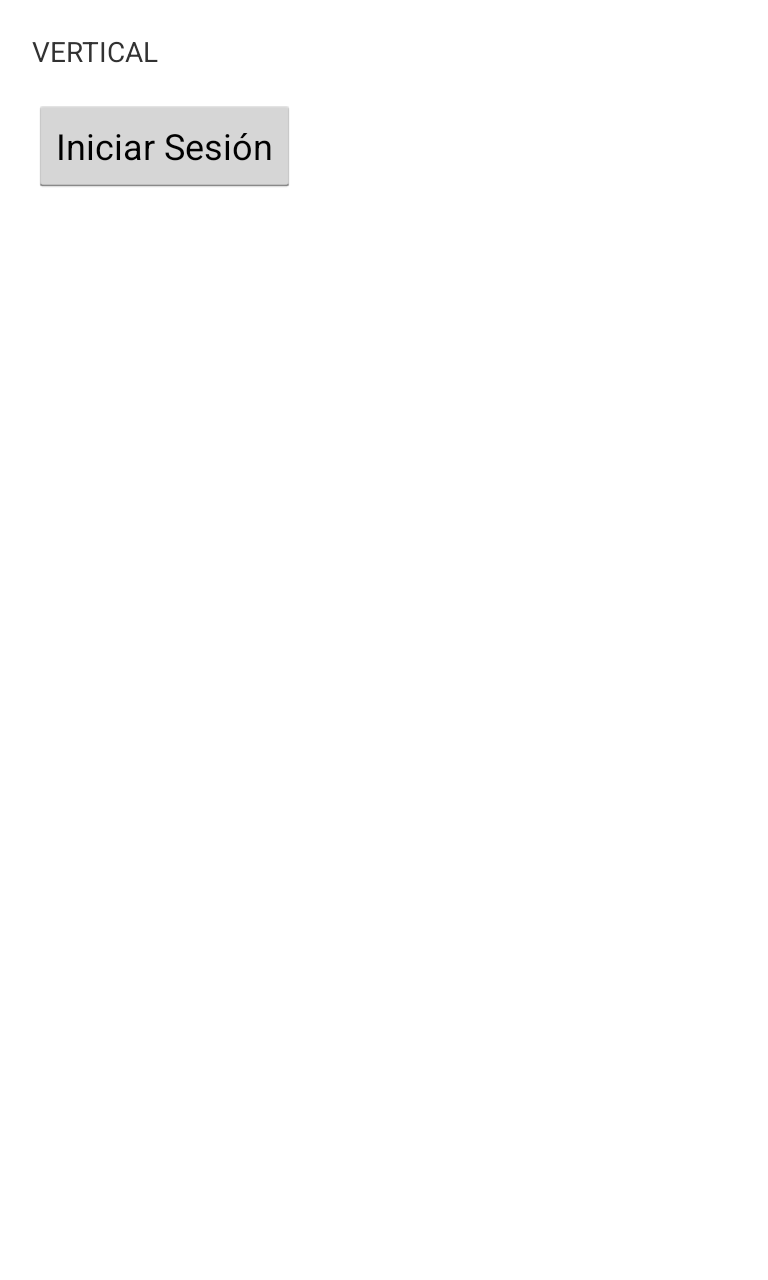
Repository: jlcd0004/sm_p11_practica1
Layout: Practica1/res/layout/activity_main.xml
The author's editor kept a copy of each file at every save. The layout is drawn from the files as they stood at one save, then again after the next save.
It is drawn on a 768 x 1280 px phone screen (xhdpi) without system bars, with theme AppTheme; the app's code is not run.

Above is the layout before, as saved 2015-10-02 15:53:25.

After the next save:
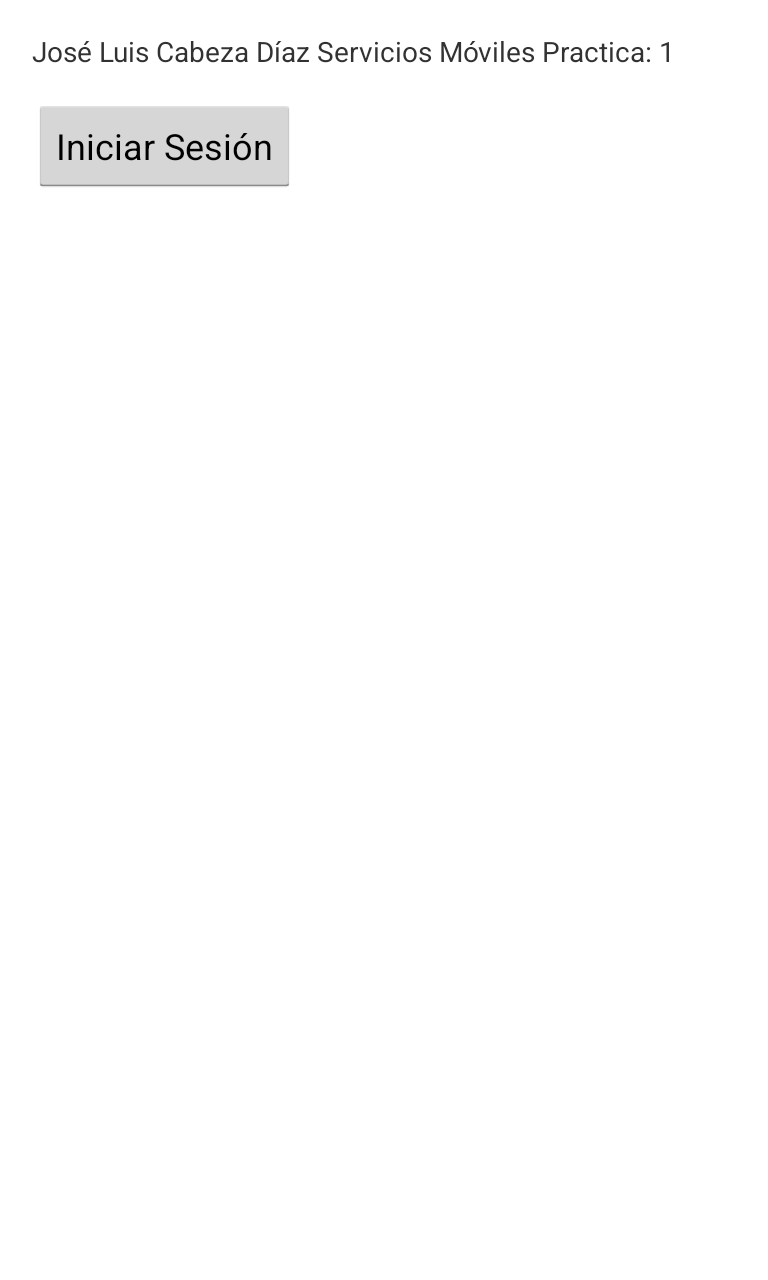
Saved 3 min 7 s later.
--- a/Practica1/res/layout/activity_main.xml
+++ b/Practica1/res/layout/activity_main.xml
@@ -12,7 +12,7 @@
         android:id="@+id/textView1"
         android:layout_width="wrap_content"
         android:layout_height="wrap_content"
-        android:text="VERTICAL" />
+        android:text="@string/presentacion" />
 
     <Button
         android:id="@+id/button1"
@@ -22,4 +22,6 @@
         android:layout_marginTop="14dp"
         android:text="Iniciar Sesión" />
 
+
+
 </RelativeLayout>
